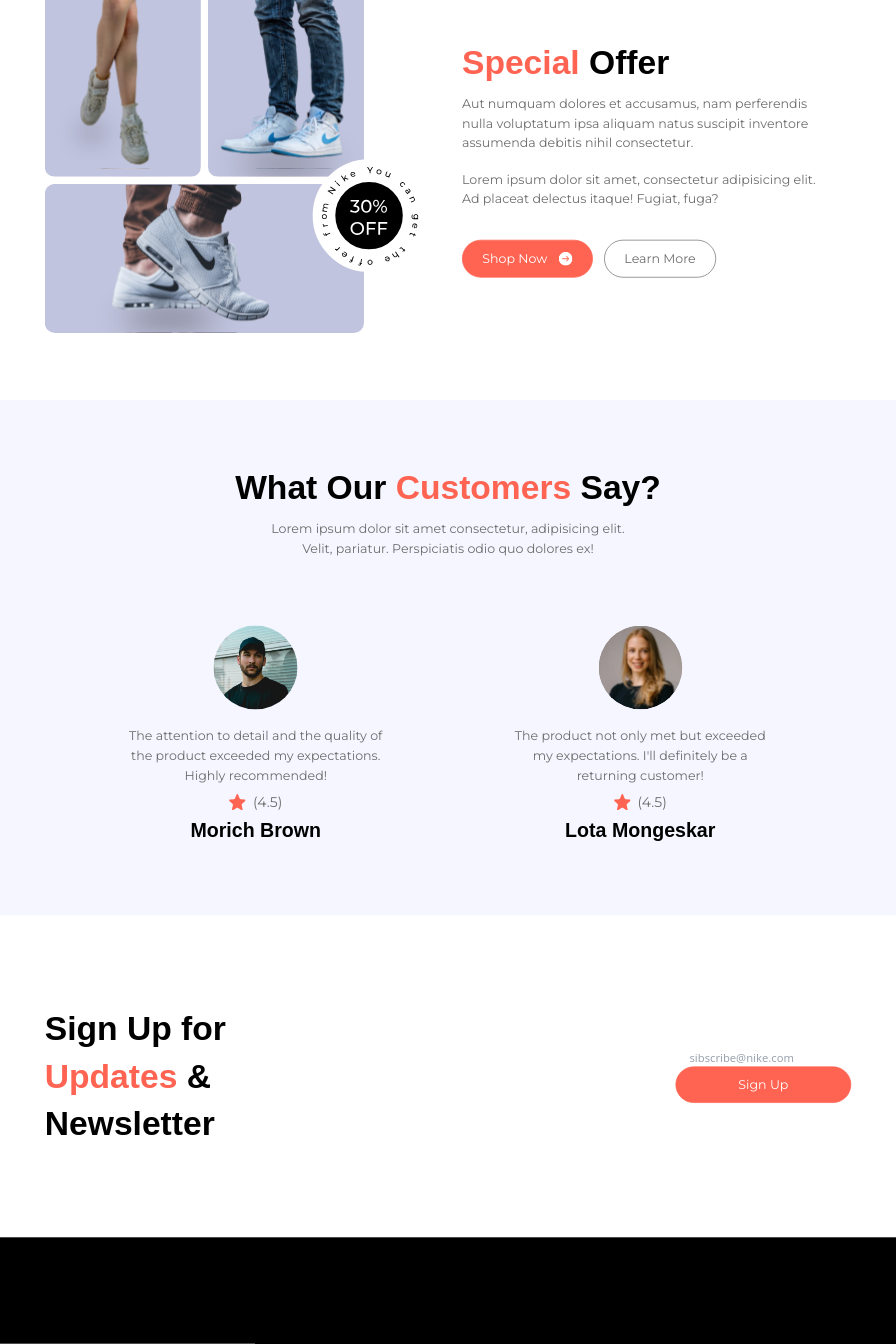
Repository: tynoschuck/nike-landpage
Page: /
An editor plug-in stored every save of this project. The page is shown before and after the next save, followed by the edit.
The browser window is 1280 px wide. The pictures show the part of the page from y = 2861 to 4781 px (the page is 4781 px tall), at 70% of full size.
Some web fonts or font styles are not loaded; a fallback is used. The project was rebuilt for these pictures with package versions that can differ from the ones it lists, and the page was loaded fresh each time. Also part of the build but not shown: vite.config.js.

Above is the page before, as saved 2023-12-01 12:39:52.

### index.html
<!doctype html>
<html lang="en">
  <head>
    <meta charset="UTF-8" />
    <link rel="icon" type="image/svg+xml" href="favicon.ico?" />
    <meta name="viewport" content="width=device-width, initial-scale=1.0" />
    <title>Nike Site</title>
  </head>
  <body>
    <div id="root"></div>
    <script type="module" src="/src/main.jsx"></script>
  </body>
</html>

### src/App.jsx
import Nav from "./components/Nav";
import { Hero, PopularProducts, CustomerReviews, Footer, Services, SpecialOffer, Subscribe, SuperQuality } from "./sections";

const App = () => (
  <main className="relative">
    <Nav />
    <section className="xl:padding-l wide:padding-r padding-b">
      <Hero />
    </section>
    <section className="padding">
      <PopularProducts />
    </section>
    <section className="padding">
      <SuperQuality />
    </section>
    <section className="padding-x py-10">
      <Services />
    </section>
    <section className="padding">
      <SpecialOffer />
    </section>
    <section className="padding bg-pale-blue">
      <CustomerReviews />
    </section>
    <section className="padding-x sm:py-32 py-16 w-full">
      <Subscribe />
    </section>
    <section className="padding-x padding-t pb-8 bg-black">
      <Footer />
    </section>
  </main>
);

export default App;

### src/components/Nav.jsx
import { headerLogo } from '../assets/images';
import { hamburger } from '../assets/icons';
import { navLinks } from '../constants';

const Nav = () => {
  return (
    <header className='padding-x py-8 absolute z-10 w-full'>
      <nav className='flex justify-between items-center max-container'>
        <a href="/">
          <img
            src={headerLogo}
            alt="logo"
            width={130}
            height={29}
          />
        </a>
        <ul className='flex-1 flex justify-center items-center gap-16 max-lg:hidden'>
          {navLinks.map((item) => (
            <li key={item.label}>
              <a
                href={item.href}
                className="font-montserrat leading-normal text-lg text-slate-gray"
              >
                {item.label}
              </a>
            </li>
          ))}
        </ul>
        <div className='hidden max-lg:block'>
          <img
            src={hamburger}
            alt="Hamburger"
            width={25}
            height={25}
          />
        </div>
      </nav>
    </header>
  )
}

export default Nav

### src/sections/index.js
import Hero from "./Hero";
import PopularProducts from "./PopularProducts";
import Footer from "./Footer";
import CustomerReviews from "./CustomerReviews";
import Services from "./Services";
import SpecialOffer from "./SpecialOffer";
import Subscribe from "./Subscribe";
import SuperQuality from "./SuperQuality";

export {
  Hero,
  PopularProducts,
  Footer,
  CustomerReviews,
  Services,
  SpecialOffer,
  Subscribe,
  SuperQuality,
};

### src/assets/images/index.js
import bigShoe1 from './big-shoe1.png'
import bigShoe2 from './big-shoe2.png'
import bigShoe3 from './big-shoe3.png'

import customer1 from './customer1.jpeg'
import customer2 from './customer2.svg'

import footerLogo from './footer-logo.svg'
import headerLogo from './header-logo.svg'

import offer from './offer.svg'

import shoe4 from './shoe4.svg'
import shoe5 from './shoe5.svg'
import shoe6 from './shoe6.svg'
import shoe7 from './shoe7.svg'
import shoe8 from './shoe8.svg'

import thumbnailBackground from './thumbnail-background.svg'
import thumbnailShoe1 from './thumbnail-shoe1.svg'
import thumbnailShoe2 from './thumbnail-shoe2.svg'
import thumbnailShoe3 from './thumbnail-shoe3.svg'

export {
    bigShoe1,
    bigShoe2,
    bigShoe3,

    customer1,
    customer2,

    footerLogo,
    headerLogo,

    offer,
    shoe4,
    shoe5,
    shoe6,
    shoe7,
    shoe8,

    thumbnailBackground,
    thumbnailShoe1,
    thumbnailShoe2,
    thumbnailShoe3
}

### src/assets/icons/index.js
import arrowRight from './arrow-right.svg'
import chevronLeft from './chevron-left.svg'
import cheveronRight from './chevron-right.svg'
import copyrightSign from './copyright-sign.svg'
import facebook from './facebook.svg'
import hamburger from './hamburger.svg'
import instagram from './instagram.svg'
import support from './support.svg'
import shieldTick from './shield-tick.svg'
import star from './star.svg'
import truckFast from './truck-fast.svg'
import twitter from './twitter.svg'

export {
    arrowRight,
    cheveronRight,
    chevronLeft,
    copyrightSign,
    facebook,
    hamburger,
    instagram,
    support,
    shieldTick,
    star,
    truckFast,
    twitter
}

### src/constants/index.js
import { facebook, instagram, shieldTick, support, truckFast, twitter } from "../assets/icons";
import { bigShoe1, bigShoe2, bigShoe3, customer1, customer2, shoe4, shoe5, shoe6, shoe7, thumbnailShoe1, thumbnailShoe2, thumbnailShoe3 } from "../assets/images";

export const navLinks = [
    { href: "#home", label: "Home" },
    { href: "#about-us", label: "About Us" },
    { href: "#products", label: "Products" },
    { href: "#contact-us", label: "Contact Us" },
];

export const shoes = [
    {
        thumbnail: thumbnailShoe1,
        bigShoe: bigShoe1,
    },
    {
        thumbnail: thumbnailShoe2,
        bigShoe: bigShoe2,
    },
    {
        thumbnail: thumbnailShoe3,
        bigShoe: bigShoe3,
    },
];

export const statistics = [
    { value: '1k+', label: 'Brands' },
    { value: '500+', label: 'Shops' },
    { value: '250k+', label: 'Customers' },
];

export const products = [
    {
        imgURL: shoe4,
        name: "Nike Air Jordan-01",
        price: "$200.20",
        rating: "4.2",
    },
    {
        imgURL: shoe5,
        name: "Nike Air Jordan-10",
        price: "$210.20",
        rating: "4.8",
    },
    {
        imgURL: shoe6,
        name: "Nike Air Jordan-100",
        price: "$220.20",
        rating: "4.5",
    },
    {
        imgURL: shoe7,
        name: "Nike Air Jordan-001",
        price: "$230.20",
        rating: "4.2",
    },
];

export const services = [
    {
        imgURL: truckFast,
        label: "Free shipping",
        subtext: "Enjoy seamless shopping with our complimentary shipping service."
    },
    {
        imgURL: shieldTick,
        label: "Secure Payment",
        subtext: "Experience worry-free transactions with our secure payment options."
    },
    {
        imgURL: support,
        label: "Love to help you",
        subtext: "Our dedicated team is here to assist you every step of the way."
    },
];

export const reviews = [
    {
        imgURL: customer1,
        customerName: 'Morich Brown',
        rating: 4.5,
        feedback: "The attention to detail and the quality of the product exceeded my expectations. Highly recommended!"
    },
    {
        imgURL: customer2,
        customerName: 'Lota Mongeskar',
        rating: 4.5,
        feedback: "The product not only met but exceeded my expectations. I'll definitely be a returning customer!"
    }
];


export const footerLinks = [
    {
        title: "Products",
        links: [
            { name: "Air Force 1", link: "/" },
            { name: "Air Max 1", link: "/" },
            { name: "Air Jordan 1", link: "/" },
            { name: "Air Force 2", link: "/" },
            { name: "Nike Waffle Racer", link: "/" },
            { name: "Nike Cortez", link: "/" },
        ],
    },
    {
        title: "Help",
        links: [
            { name: "About us", link: "/" },
            { name: "FAQs", link: "/" },
            { name: "How it works", link: "/" },
            { name: "Privacy policy", link: "/" },
            { name: "Payment policy", link: "/" },
        ],
    },
    {
        title: "Get in touch",
        links: [
            { name: "customer@nike.com", link: "mailto:customer@nike.com" },
            { name: "+92554862354", link: "tel:+92554862354" },
        ],
    },
];

export const socialMedia = [
    { src: facebook, alt: "facebook logo" },
    { src: twitter, alt: "twitter logo" },
    { src: instagram, alt: "instagram logo" },
];

### src/sections/Hero.jsx
import { useState } from "react";
import { arrowRight } from "../assets/icons";
import Button from "../components/Button";
import { shoes, statistics } from "../constants";
import { bigShoe1 } from "../assets/images";
import Shoecard from "../components/Shoecard";

const Hero = () => {

  const [bigShoeImg, setBigShoeImg] = useState(bigShoe1)

  return (
    <section
      id="home"
      className="w-full flex xl:flex-row flex-col justify-center min-h-screen gap-10 max-container">
        <div className="relative xl:w-2/5 flex flex-col justify-center items-start w-full max-xl:padding-x pt-28">
          <p className="text-xl font-montserrat text-coral-red">Our Summer Collection</p>
          <h1 className="mt-10 font-palanquin text-8xl max-sm:text-[72px] max-sm:leading-[82px] font-bold">
            <span className="xl:bg-white xl:whitespace-nowrap relative z-10 pr-10">The New Arrival</span>
            <br />
            <span className="text-coral-red inline-block mt-3">Nike</span> Shoes
          </h1>
          <p className="font-montserrat text-slate-gray text-lg leading-8 mt-6 mb-14 sm:max-w-sm"> Discover the new arrivals</p>
          <Button label='Shop now' iconUrl={arrowRight}/>
          <div className="flex justify-start items-start flex-wrap w-full mt-20 gap-16">
            {statistics.map((stat) => (
              <div key={stat.label}>
                <p className="text-4xl font-palanquin font-bold">
                  {stat.value}
                </p>
                <p className="leading-7 font-montserrat text-slate-gray">
                  {stat.label}
                </p>
              </div>
            ))}
          </div>
        </div>
        <div className="relative flex-1 flex justify-center items-center xl:min-h-screen max-xl:py-40 bg-primary bg-hero bg-cover bg-center">
          <img
            src={bigShoeImg}
            alt="shoe collection"
            width={610}
            height={500}
            className="object-contain relative z-10"
          />
          <div className="flex sm:gap-6 gap-4 absolute -bottom-[5%] sm:left-[10%] max-sm:px-6">
            {shoes.map((shoe,) => (
              <div key={shoe}>
                <Shoecard
                  imgURL={shoe}
                  changeBigShoeImage={(shoe) => setBigShoeImg (shoe)}
                  bigShoeImg={bigShoeImg}
                />
              </div>
            ))}
          </div>

        </div>
      </section>
  )
}

export default Hero

### src/sections/PopularProducts.jsx
import PopularProductCard from "../components/PopularProductCard"
import { products } from "../constants"

const PopularProducts = () => {
  return (
    <section
      id="products"
      className="max-container max-sm:mt-12"
    >
      <div className="flex flex-col justify-start gap-5">
        <h2 className="text-4xl font-palanquin font-bold">Lorem <span className="text-coral-red
        ">ipsum</span> dolor sit amet </h2>
        <p className="lg:max-w-lg mt-2 font-montserrat">Deleniti aliquid, dolorum quod velit possimus quibusdam sed sit voluptatum hic minima. </p>
      </div>
      <div className="mt-16 grid lg:grid-cols-4 md:grid-cols-3 sm:grid-cols-2 grid-cols-1 sm:gap-6 gap-14">
        {products.map((product) =>(
          <PopularProductCard
            key={product.name}
            {...product}
          />
        ))}
      </div>
    </section>
  )
}

export default PopularProducts

### src/sections/CustomerReviews.jsx
import ReviewCard from "../components/ReviewCard"
import { reviews } from "../constants"

const CustomerReviews = () => {
  return (
    <section className="max-container">
      <h3 className="font-palanquin text-center text-4xl font-bold">
        What Our <span className="text-coral-red">Customers</span> Say?
      </h3>
      <p className="info-text m-auto mt-4 max-w-lg text-center">
        Lorem ipsum dolor sit amet consectetur, adipisicing elit. Velit, pariatur. Perspiciatis odio quo dolores ex!
      </p>
      <div className="mt-24 flex flex-1 justify-evenly items-center max-lg:flex-col gap-14">
        {reviews.map((review) => (
          <ReviewCard
            key={review.customerName}
            imgURL={review.imgURL}
            customerName={review.customerName}
            rating={review.rating}
            feedback={review.feedback}
          />
        ))}
      </div>
    </section>
  )
}

export default CustomerReviews

### src/sections/Services.jsx
import ServiceCard from "../components/ServiceCard"
import { services } from "../constants"

const Services = () => {
  return (
    <section className="max-container flex justify-center flex-wrap gap-9">
      {services.map((service) => (
        <ServiceCard
        key={service.label}
        {...service} />
      ))}
    </section>
  )
}

export default Services

### src/sections/SpecialOffer.jsx
import { arrowRight } from "../assets/icons"
import { offer } from "../assets/images"
import Button from "../components/Button"

const SpecialOffer = () => {
  return (
    <section className="flex justify-wrap items-center max-xl:flex-col-reverse gap-10 max-container">
      <div className="flex-1">
        <img
          src={offer}
          width={772}
          height={687}
          className="object-contain w-full"
        />
      </div>
      <div className="flex flex-1 flex-col">
        <h2 className="font-palanquin text-4xl capitalize font-bold lg:max-w-lg">
          <span className="text-coral-red">Special</span> Offer
        </h2>
        <p className="mt-4 lg:max-w-lg info-text">Aut numquam dolores et accusamus, nam perferendis nulla voluptatum ipsa aliquam natus suscipit inventore assumenda debitis nihil consectetur.</p>
        <p className="mt-6 lg:max-w-lg info-text">Lorem ipsum dolor sit amet, consectetur adipisicing elit. Ad placeat delectus itaque! Fugiat, fuga?</p>
        <div className="mt-11 flex flex-wrap gap-4">
          <Button
          label='Shop Now'
          iconUrl={arrowRight}
          />
          <Button
          label='Learn More'
          backgroundColor='bg-white'
          borderColor='border-slate-gray'
          textColor='text-slate-gray'
          />
        </div>
      </div>
    </section>
  )
}

export default SpecialOffer

### src/sections/Subscribe.jsx
import Button from "../components/Button"

const Subscribe = () => {
  return (
    <section
      className="max-container flex justify-between items-center max-lg:flex-col gap-10"
      id="contact-us"
    >
      <h3 className="text-4xl leading-[68px] lg:max-w-md font-palanquin font-bold">Sign Up for <span className="text-coral-red">Updates</span> & Newsletter</h3>
      <div>
        <input type="text" placeholder="sibscribe@nike.com" className="input" />
        <div className="flex max-sm:justify-end items-center max-sm:w-full">
          <Button label='Sign Up' fullWidth/>
        </div>
      </div>
    </section>
  )
}

export default Subscribe

### src/sections/SuperQuality.jsx
import Button from "../components/Button"
import { shoe8 } from "../assets/images"

const SuperQuality = () => {
  return (
    <section
      id="about-us"
      className="flex justify-between items-center max-lg:flex-col gap-10 w-full max-container"
    >
      <div className="flex flex-1 flex-col">
        <h2 className="font-palanquin text-4xl capitalize font-bold lg:max-w-lg">
          We Provide You <span className="text-coral-red">Super</span> <span className="text-coral-red">Quality</span> Shoes

        </h2>
        <p className="mt-4 lg:max-w-lg info-text">Lorem ipsum dolor sit amet, consectetur adipisicing elit. Aut numquam dolores et accusamus, nam perferendis nulla voluptatum ipsa aliquam natus suscipit inventore assumenda debitis nihil consectetur.</p>
        <p className="mt-6 lg:max-w-lg info-text">Ad placeat delectus itaque! Fugiat, fuga?</p>
        <div className="mt-11">
          <Button label='View Details' /></div>
        </div>
        <div className="flex-1 flex justify-center items-center">
          <img
            src={shoe8}
            alt="shoe8"
            width={570}
            height={522}
            className="object-contain"
          />
        </div>
    </section>
  )
}

export default SuperQuality

### src/components/Button.jsx
const Button = ({ label, iconUrl, backgroundColor, borderColor, textColor, fullWidth }) => {
  return (
    <button className={`flex justify-center items-center gap-2 px-7 py-4 border font-montserrat text-lg leading-none
    ${backgroundColor
    ? `${backgroundColor} ${textColor} ${borderColor}`
    :  'bg-coral-red  text-white border-coral-red'} rounded-full
    ${fullWidth && 'w-full'}`}>
      {label}
      {iconUrl && <img
        src={iconUrl}
        alt="arrow right icon"
        className="ml-2 rounded-full w-5 h-5"
      />}
    </button>
  )
}

export default Button

### src/components/Shoecard.jsx
const Shoecard = ({ imgURL, changeBigShoeImage, bigShoeImg }) => {

  const handleClick =() => {
    if(bigShoeImg !== imgURL.bigShoe) {
      changeBigShoeImage(imgURL.bigShoe)
    }
  }

  return (
    <div
      className={`border-2 rounded-xl ${bigShoeImg === imgURL.bigShoe ? 'border-coral-red' : 'border-transparent'} cursor-pointer max-sm:flex-1`}
      onClick={handleClick}
    >
      <div className="flex justify-center items-center bg-card bg-center bg-cover sm:w-40 sm:h-40 rounded-xl max-sm:p-4">
        <img
          src={imgURL.thumbnail}
          alt='shoe collection'
          width={127}
          height={103}
          className="object-contain"
        />
      </div>
    </div>
  )
}

export default Shoecard

### src/components/PopularProductCard.jsx
import { star } from "../assets/icons"

const PopularProductCard = ({ imgURL, name, price, rating }) => {
  return (
    <div className="flex flex-1 flex-col w-full max-sm:w-full">
      <img src={imgURL} alt={name} height={280} width={280} />
      <div className="mt-8 flex justify-start gap-2.5">
        <img src={star} alt="rating" height={24} width={24} />
        <p className="font-montserrat text-xl leading-normal text-slate-gray">({rating})</p>
      </div>
      <h3 className="mt-2 text-2xl leading-normal font-semibold font-palanquin">{name}</h3>
      <p className="mt-2 font-semibold font-montserrat text-coral-red text-2xl leading-normal">{price}</p>
    </div>
  )
}

export default PopularProductCard

### src/components/ReviewCard.jsx
import { star } from "../assets/icons"

const ReviewCard = ({ imgURL, customerName, rating, feedback }) => {
  return (
    <div className="flex justify-center items-center flex-col">
      <img
        src={imgURL}
        alt="customer"
        className="rounded-full object-cover"
        width={120}
        height={120}
      />
      <p className="mt-6 max-w-sm text-center info-text">{feedback}</p>
      <div className="mt-3 flex justify-center items-center gap-2.5">
        <img
        src={star}
        alt="star"
        className="object-contain m-0"
        width={24}
        height={24}
        />
        <p className="text-xl font-montserrat text-slate-gray">({rating})</p>
      </div>
      <h3 className="mt-1 font-palanquin text-3xl text-center font-bold">{customerName}</h3>
    </div>
  )
}

export default ReviewCard

### src/components/ServiceCard.jsx
const ServiceCard = ({ imgURL, label, subtext }) => {
  return (
    <div className="flex-1 sm:w-[350px] sm:min-w-[350px] w-full rounded-[20px] shadow-3xl px-10 py-16">
      <div className="w-11 h-11 flex justify-center items-center bg-coral-red rounded-full">
        <img src={imgURL} alt={label} width={24} height={24} />
      </div>
      <h3 className="mt-5 font-palanquin text-3xl leading-normal font-bold">{label}</h3>
      <p className="mt-3 break-words font-montserrat text-lg leading-normal text-slate-gray">{subtext}</p>
    </div>
  )
}

export default ServiceCard

Loaded but not shown: src/main.jsx (common file); src/index.css (common file); src/sections/Footer.jsx (common file); tailwind.config.js (common file)

After the next save:
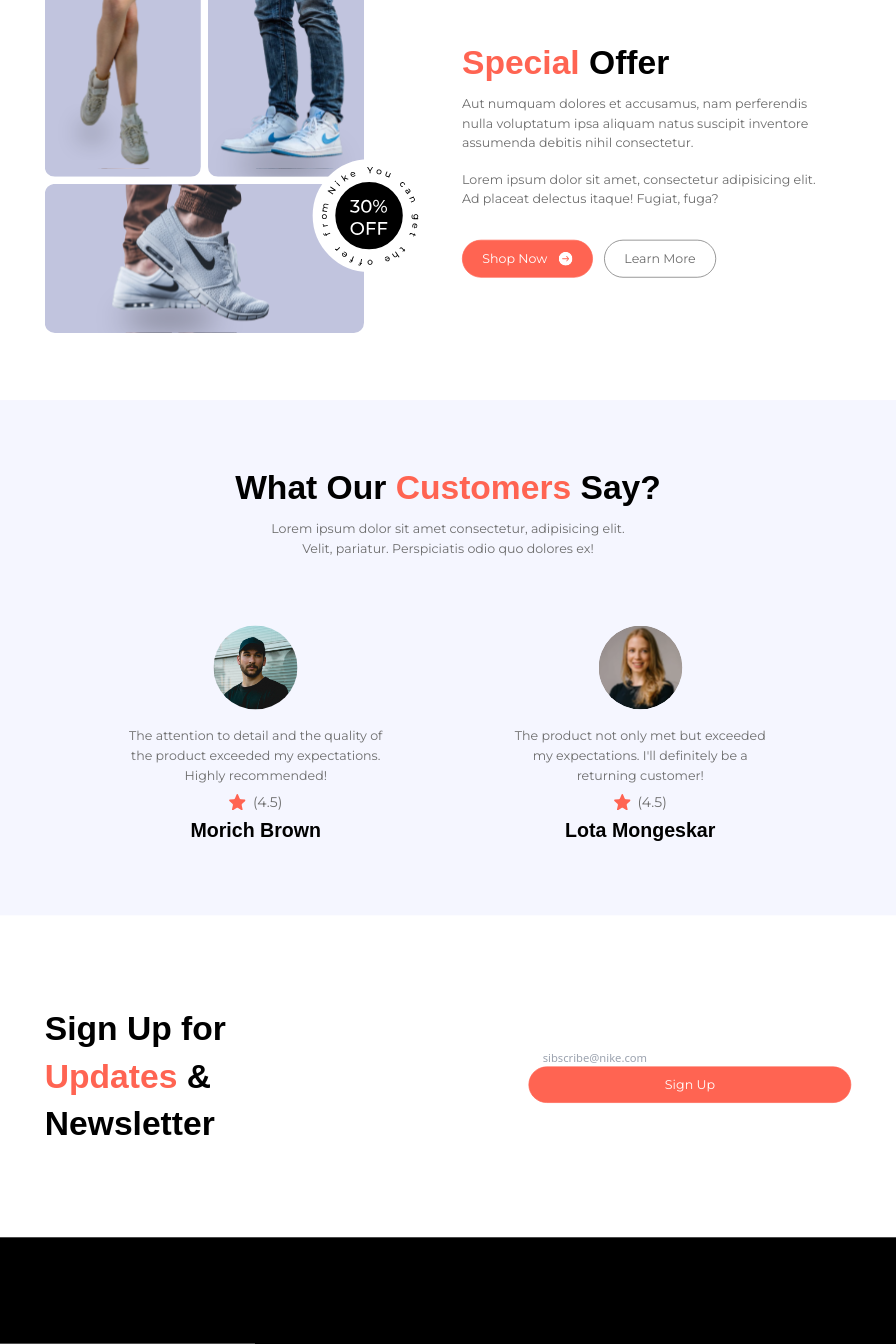
Saved 95 min 17 s later.
--- a/src/sections/Subscribe.jsx
+++ b/src/sections/Subscribe.jsx
@@ -7,7 +7,7 @@
       id="contact-us"
     >
       <h3 className="text-4xl leading-[68px] lg:max-w-md font-palanquin font-bold">Sign Up for <span className="text-coral-red">Updates</span> & Newsletter</h3>
-      <div>
+      <div className="lg:max-w-[40%] w-full">
         <input type="text" placeholder="sibscribe@nike.com" className="input" />
         <div className="flex max-sm:justify-end items-center max-sm:w-full">
           <Button label='Sign Up' fullWidth/>
